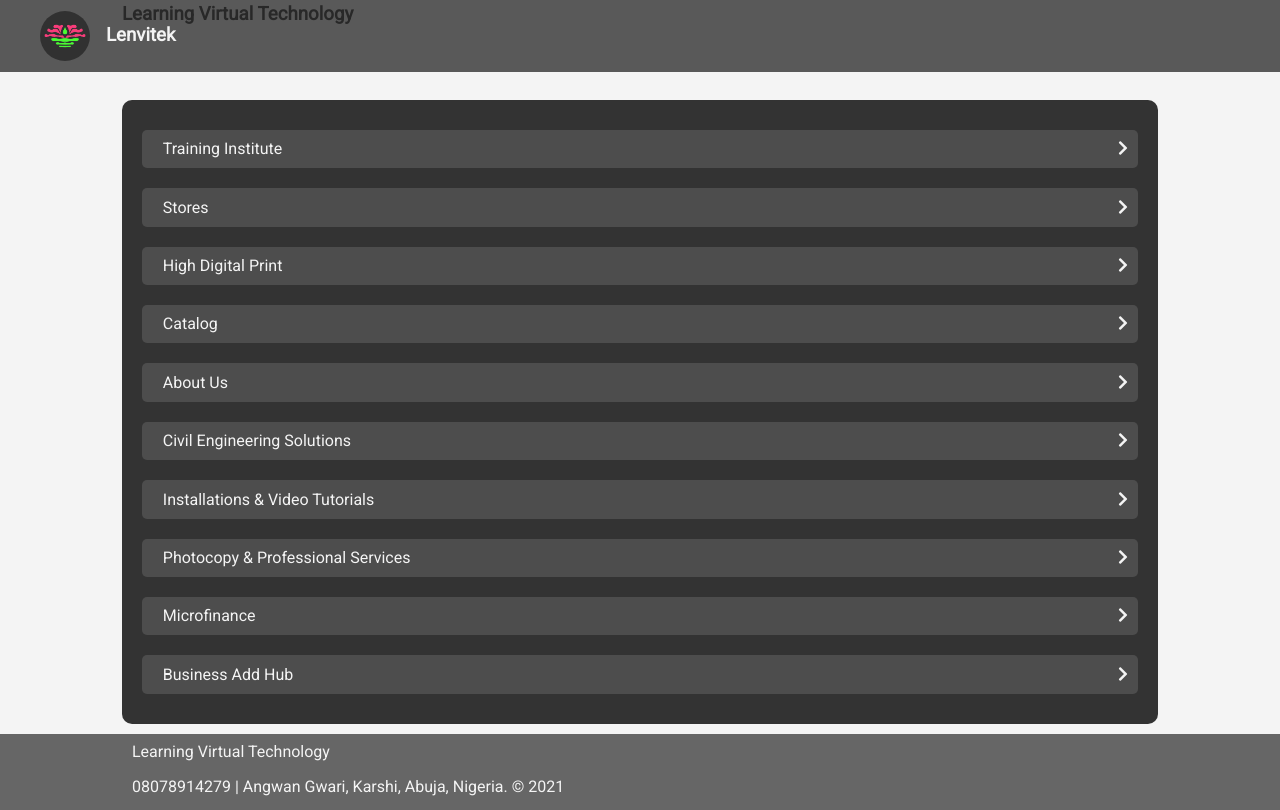
Repository: mxhdiqaim/lenviteck
Page: dist/index.html
An editor plug-in stored every save of this project. The page is shown before and after the next save, followed by the edit.
The browser window is 1280 px wide. The pictures show the whole page.
Some web libraries are served in a nearby version. The style sheet was rebuilt from its Sass, Less or Tailwind sources for each picture, by a compiler version that may differ from the author's.

Above is the page before, as saved 2021-05-07 16:26:24.

### dist/index.html
<!DOCTYPE html>
<html lang="en">
<head>
    <meta charset="UTF-8">
    <meta http-equiv="X-UA-Compatible" content="IE=edge">
    <meta name="viewport" content="width=device-width, initial-scale=1.0">
    <link rel="icon" href="../img/favicon.ico" type="image/x-icon" />
    <link rel="stylesheet" href="./styles/main.css">
    <link rel="stylesheet" href="https://pro.fontawesome.com/releases/v5.10.0/css/all.css"
    integrity="sha384-AYmEC3Yw5cVb3ZcuHtOA93w35dYTsvhLPVnYs9eStHfGJvOvKxVfELGroGkvsg+p" crossorigin="anonymous" />
    <title>Lenviteck, Inc.</title>
</head>
<body>

  <section class="content">
    <nav class="navbar bg-dark">
        <div class="logo-div">
            <img src="../img/LOGO.jpeg" class="logo" alt="">
            <h1>Lenvitek</h1>
        </div>
    </nav>

    <section class="container">
        <div class="LVT">
            <h1>Learning Virtual Technology</h1>
        </div>
        <div class="section-1">

            <div class="works-list">
                <a href="./trainingInstitute.html" class="btn btn-block" >Training Institute<span><i class="fas fa-chevron-right"></i></span> </a>
                <ul>
                    <!-- <li class="card"><a href="#">Home</a></li>
                    <li class="card"><a href="#">Home</a></li>
                    <li class="card"><a href="#">Home</a></li>
                    <li class="card"><a href="#">Home</a></li> -->
                </ul>
            </div>
           <div class="works-list">
                <a href="#" class="btn btn-block" >Stores<span><i class="fas fa-chevron-right"></i></span> </a>
                <ul>
                    <!-- <li class="card"><a href="#">Home</a></li>
                    <li class="card"><a href="#">Home</a></li>
                    <li class="card"><a href="#">Home</a></li>
                    <li class="card"><a href="#">Home</a></li> -->
                </ul>
            </div>
            <div class="works-list">
                <a href="#" class="btn btn-block" >High Digital Print<span><i class="fas fa-chevron-right"></i></span> </a>
                <ul>
                    <!-- <li class="card"><a href="#">Home</a></li>
                    <li class="card"><a href="#">Home</a></li>
                    <li class="card"><a href="#">Home</a></li>
                    <li class="card"><a href="#">Home</a></li> -->
                </ul>
            </div>

            <div class="works-list">
                <a href="https://www.whatsapp.com/catalog/2349015135120/" target="_blank" class="btn btn-block" >Catalog<span><i class="fas fa-chevron-right"></i></span> </a>
                <ul>
                    <!-- <li class="card"><a href="#">Home</a></li>
                    <li class="card"><a href="#">Home</a></li>
                    <li class="card"><a href="#">Home</a></li>
                    <li class="card"><a href="#">Home</a></li> -->
                </ul>
            </div>
            <div class="works-list">
                <a href="https://mahdiabubakar.github.io/me/#/" class="btn btn-block" >About Us<span><i class="fas fa-chevron-right"></i></span> </a>
                <ul>
                    <!-- <li class="card"><a href="#">Home</a></li>
                    <li class="card"><a href="#">Home</a></li>
                    <li class="card"><a href="#">Home</a></li>
                    <li class="card"><a href="#">Home</a></li> -->
                </ul>
            </div>
            <div class="works-list">
                <a href="#" class="btn btn-block" >Civil Engineering Solutions<span><i class="fas fa-chevron-right"></i></span> </a>
                <ul>
                    <!-- <li class="card"><a href="#">Home</a></li>
                    <li class="card"><a href="#">Home</a></li>
                    <li class="card"><a href="#">Home</a></li>
                    <li class="card"><a href="#">Home</a></li> -->
                </ul>
            </div>
            <div class="works-list">
                <a href="#" class="btn btn-block" >Installations & Video Tutorials<span><i class="fas fa-chevron-right"></i></span> </a>
                <ul>
                    <!-- <li class="card"><a href="#">Home</a></li>
                    <li class="card"><a href="#">Home</a></li>
                    <li class="card"><a href="#">Home</a></li>
                    <li class="card"><a href="#">Home</a></li> -->
                </ul>
            </div>
            <div class="works-list">
                <a href="#" class="btn btn-block" >Photocopy & Professional Services<span><i class="fas fa-chevron-right"></i></span> </a>
                <ul>
                    <!-- <li class="card"><a href="#">Home</a></li>
                    <li class="card"><a href="#">Home</a></li>
                    <li class="card"><a href="#">Home</a></li>
                    <li class="card"><a href="#">Home</a></li> -->
                </ul>
            </div>
            <div class="works-list">
                <a href="#" class="btn btn-block" >Microfinance<span><i class="fas fa-chevron-right"></i></span> </a>
                <ul>
                    <!-- <li class="card"><a href="#">Home</a></li>
                    <li class="card"><a href="#">Home</a></li>
                    <li class="card"><a href="#">Home</a></li>
                    <li class="card"><a href="#">Home</a></li> -->
                </ul>
            </div>
            <div class="works-list">
                <a href="./businessAddHub.html" class="btn btn-block" >Business Add Hub<span><i class="fas fa-chevron-right"></i></span> </a>
                <ul>
                    <!-- <li class="card"><a href="#">Home</a></li>
                    <li class="card"><a href="#">Home</a></li>
                    <li class="card"><a href="#">Home</a></li>
                    <li class="card"><a href="#">Home</a></li> -->
                </ul>
            </div>
        </div>
    </section>
    <footer>
       <div class="container-1">
           <div id="copy"></div>
       </div>
    </footer>
</section>

    <script>

        const date = new Date().getFullYear();

        document.getElementById("copy").innerHTML = ` <p>Learning Virtual Technology </p> <p>08078914279 | Angwan Gwari, Karshi, <span>Abuja, Nigeria. &copy; ${date}</span> </p>`;
    </script>
</body>
</html>

### dist/styles/main.scss
// Import
@import url('https://fonts.googleapis.com/css?family=Roboto');

// Global variables
$primary-color: #dc3545;
$dark-color: #333333;
$light-color: #f4f4f4;
$danger-color: #dc3545;
$success-color: #28a745;

// Functions
@function set-text-color($color) {
  @if (lightness($color) > 40) {
    @return #000;
  } @else {
    @return #fff;
  }
}

* {
  padding: 0;
  margin: 0;
  box-sizing: border-box;
}

body {
  font-family: 'Roboto', sans-serif;
  font-size: 1rem;
  line-height: 1.6;
  color: set-text-color($light-color);
  background: $light-color;
}


a {
  color: set-text-color($light-color);
  text-decoration: none;
}

ul {
  list-style: none;
}

img {
  width: 100%;
}

.logo-div {
  display: flex;
  justify-content: flex-start;
  align-items: center;

  img, h1 {
    margin: 0 8px 0;
  }

  img {
    width: 50px;
    border-radius: 50%;
  }
}

.container {
  max-width: 1100px;
  margin: auto;
  overflow: hidden;
  padding: 0 2rem;
}

.container-1 {
  max-width: 1100px;
  margin-left: 100px;
  overflow: hidden;
  padding: 0 2rem;
}

.section-1 {
  padding: 20px 10px;
  background: $dark-color;
  color: $light-color;
  margin: 10px auto;
  border-radius: 10px;
  // height: calc(100vh - 100px);
  margin-top: 70px;

  .works-list {
    padding: 10px;
    width: 100%;
    transition: all .3s ease;

    ul li a {
      color: $light-color;
      transition: color .3s ease;

      &:hover {
        color: darken($light-color, 10);
      }
    }
  }
}

// cards
.card {
  padding: .5rem;
  border: #444 1px solid;
  border-radius: 5px;
  margin: 0.5rem 0;
}

.btn {
  display: inline-block;
  background: light-color;
  border-radius: 5px;
  padding: 0.4rem 1.3rem;
  font-size: 1rem;
  border: none;
  cursor: pointer;
  margin-right: 0.5rem;
  transition: opacity 0.2s ease-in;
  outline: none;
  background-color: lighten($dark-color, 10);
  color: $light-color;
  display: block;
  width: 100%;
  position: relative;

  span {
    position: absolute;
    right: 10px;
  }
}

.btn:hover {
  background-color: lighten($dark-color, 15);
}

input {
  margin: 1.2rem 0;
}

.btn-primary,
.bg-primary,
.badge-primary,
.alert-primary {
  background: $primary-color;
  color: #fff;
}

.btn-light,
.bg-light,
.badge-light,
.alert-light {
  background: $light-color;
  color: #333;
}

.btn-dark,
.bg-dark,
.badge-dark,
.alert-dark {
  background: $dark-color;
  color: #fff;
}

.btn-danger,
.bg-danger,
.badge-danger,
.alert-danger {
  background: $danger-color;
  color: #fff;
}

.btn-success,
.bg-success,
.badge-success,
.alert-success {
  background: $success-color;
  color: #fff;
}

.btn-white,
.bg-white,
.badge-white,
.alert-white {
  background: #fff;
  color: #333;
  border: #ccc solid 1px;
}



.bg-light,
.badge-light {
  border: #ccc solid 1px;
}

.navbar {
  display: flex;
  justify-content: space-between;
  align-items: center;
  padding: 0.7rem 2rem;
  z-index: 1;
  width: 100%;
  background: $dark-color;
  opacity: 0.8;
  color: $light-color;
  margin-bottom: 1rem;
  position: fixed;
  top: 0;
  // margin: 5px ;
}

.navbar ul {
  display: flex;
}

.navbar a {
  color: #fff;
  padding: 0.45rem;
  margin: 0 0.25rem;
}

.navbar a:hover {
  color: $light-color;
}


// Drop Down Menu


// Footer
footer {
  background: lighten($dark-color, 20);
  display: flex;
  flex-direction: column;
  justify-content: flex-start;
  align-items: flex-start;
  color: $light-color;
  padding-top: 5px;
  padding-bottom: -2px;

  ul {
    display: flex;

    li {
      margin: 10px;

      a {
        transition: all .3s ease;
        color: $light-color;

        &:hover {
          color: darken($light-color, 10);
        }
      }

    }
  }

  p {
    margin-bottom: 10px;
  }
}

// Media Query
@media (max-width: 700px) {
  .hide-sm {
    display: none;
  }

  /* Navbar */
  .navbar {
    display: block;
  }

  .navbar ul {
    text-align: center;
    justify-content: center;
  }

  // Footer
  .container-1 {
    max-width: 1100px;
    // margin-left: 100px;
    margin: auto;
    text-align: left;
    overflow: hidden;
    padding: 0 2rem;
  }

  /*
  * Business Add Hub
  */

  .company {
    flex-direction: column;
    text-align: center;

    img {
      width: 90% !important;
      margin: auto;
    }
  }

  .business-add-hub {
    position: relative;
    top: 60px;
    left: 60px !important;
  }

  .mr-1 {
    margin-left: -30px !important;
  }

  .section-2 {
    margin-top: 70px;

  }

  .business-add-hub {
    margin: 25px !important;
    // margin: auto;
    position: absolute;

    h1 {
      font-weight: 500;
    }
  }

}

/*
 * Business Add Hub
*/


.business-add-hub {
  margin: 95px 0 0 25px;
  position: relative;

  h1 {
    font-weight: 500;
  }
}

.company {
  display: flex;
  padding: 10px;
  background: $dark-color;
  margin: 20px;
  border-radius: 10px;
  padding: 20px;

  div {
    padding: 10px;
    line-height: 1.8;
    // background: darken($light-color, 30);


  }
  img {
    width: 200px;

  }

}


.section-2 {
  color: $light-color;
  border-radius: 10px;
  // margin-top: 70px;

}

After the next save:
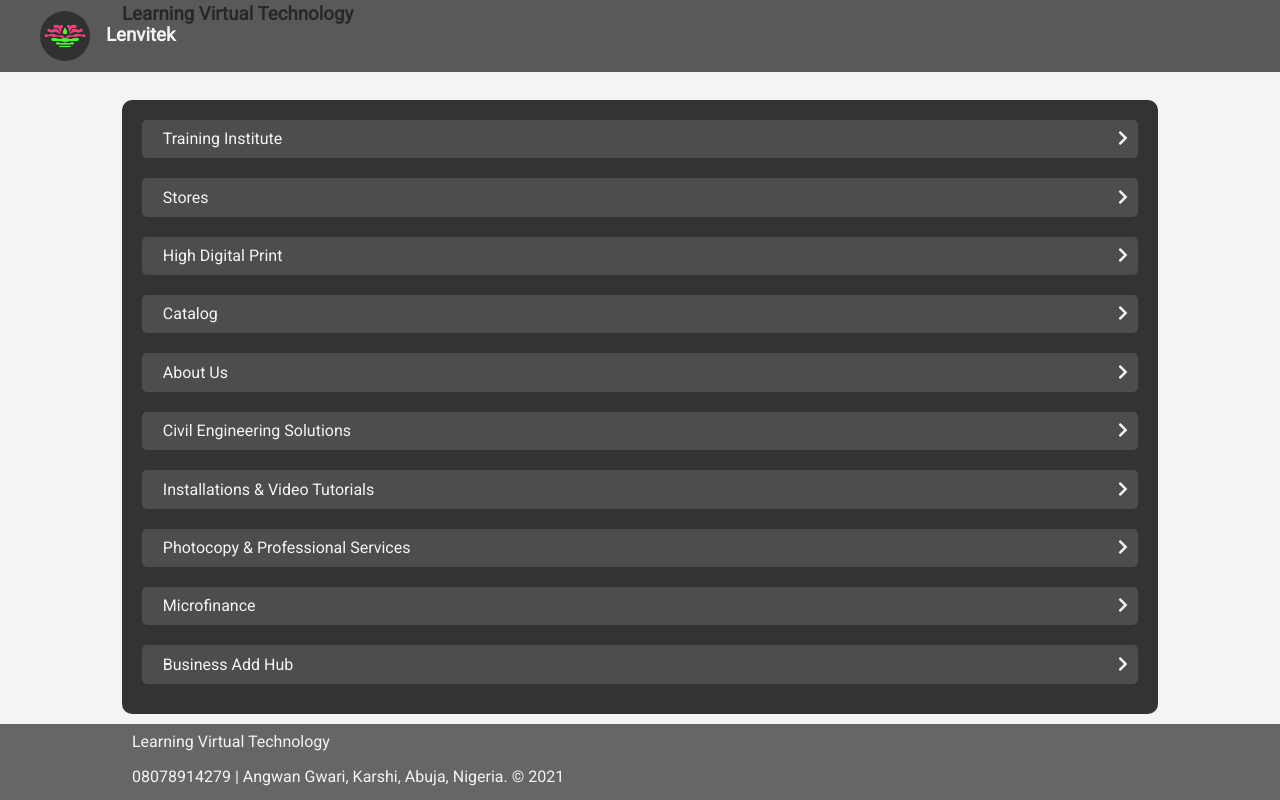
Saved 24 s later.
--- a/dist/styles/main.scss
+++ b/dist/styles/main.scss
@@ -75,7 +75,7 @@
 }
 
 .section-1 {
-  padding: 20px 10px;
+  padding: 10px 10px 20px 10px;
   background: $dark-color;
   color: $light-color;
   margin: 10px auto;
